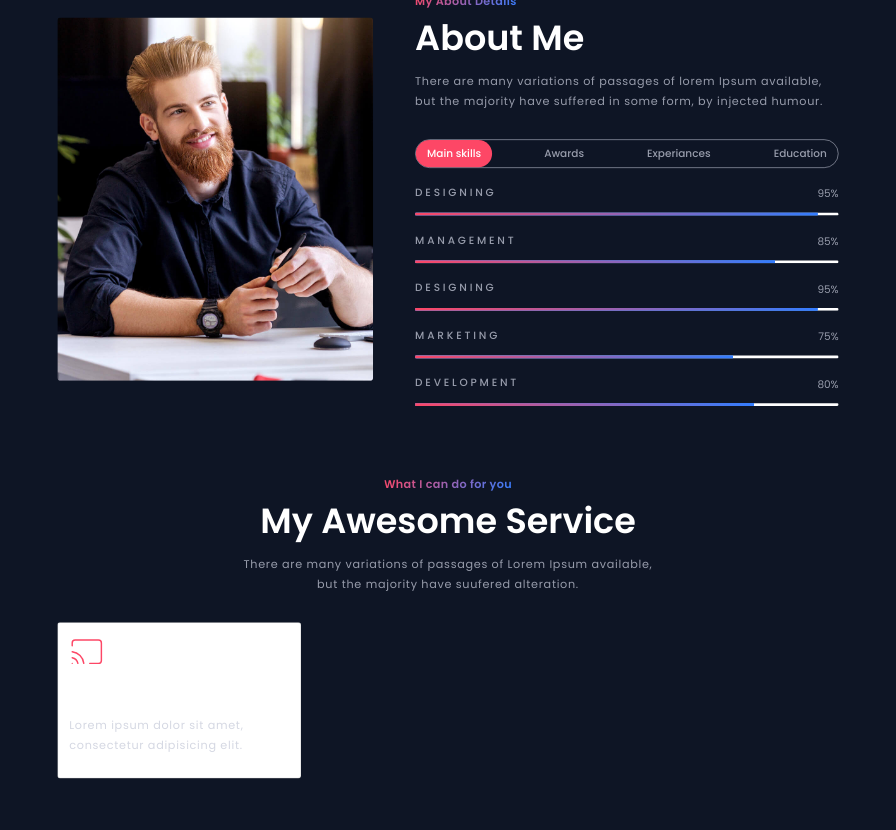
Repository: wadelfadill/Bootstrap_tache_3_responsive_portfolio
Page: index.html
These files come from the project's save history. The page is drawn as it stood at one moment and after the next save; the edit follows.
The browser window is 1280 px wide. The pictures show the part of the page from y = 710 to 2630 px (the page is 1896 px tall before and 2630 px after), at 70% of full size.
Backgrounds fixed to the window are drawn as part of the page. Some web libraries are served in a nearby version.

Above is the page before, as saved 2023-04-11 11:25:17.

### index.html
<!DOCTYPE html>
<html lang="en">
<head>
    <meta charset="UTF-8">
    <meta http-equiv="X-UA-Compatible" content="IE=edge">
    <meta name="viewport" content="width=device-width, initial-scale=1.0">
    <title>Bootstrap_Responsive_Portfolio</title>
    <!------ FAVICON ------->
    <link rel="icon" type="image/png" href="images/favicon.png">

    <!------------ Bootstrap link --------------->
    <link href="https://cdn.jsdelivr.net/npm/bootstrap@5.1.3/dist/css/bootstrap.min.css" rel="stylesheet" integrity="sha384-1BmE4kWBq78iYhFldvKuhfTAU6auU8tT94WrHftjDbrCEXSU1oBoqyl2QvZ6jIW3" crossorigin="anonymous">

    <!-------------- Font-awsome script  ------------->
    <script src="https://kit.fontawesome.com/8f130c8a35.js" crossorigin="anonymous"></script>

    <!------------ CSS files link  ------------->
    <link rel="stylesheet" href="css/style.css">
    <link rel="stylesheet" href="css/responsive-style.css">

    <!------------- Google-Font link ---------------->
    <link rel="stylesheet" href="https://fonts.googleapis.com/css2?family=Poppins%3Awght%40100%3B200%3B300%3B400%3B500%3B600%3B700%3B800%3B900&display=swap">
</head>
<body data-bs-spy="scroll" data-bs-target=".navbar" data-bs-offset="75">
    <!------------------------------------------------------>
        <!------------- Navbar Section ----------->
        <header class="header_wrapper">
            <nav class="navbar navbar-expand-lg fixed-top">
                <div class="container">
                  <a class="navbar-brand" href="#">
                    <img src="images/logo.png" alt="logo" class="img-fluid">
                  </a>
                  <button class="navbar-toggler" type="button" data-bs-toggle="collapse" data-bs-target="#navbarNav" aria-controls="navbarNav" aria-expanded="false" aria-label="Toggle navigation">
                    <i class="fa-solid fa-bars-staggered navbar-toggler-icon"></i>
                  </button>
                  <div class="collapse navbar-collapse justify-content-end" id="navbarNav">
                    <ul class="navbar-nav menu-navbar-nav">
                      <li class="nav-item">
                        <a class="nav-link active" aria-current="page" href="#home">Home</a>
                      </li>
                      <li class="nav-item">
                        <a class="nav-link" href="#about">About</a>
                      </li>
                      <li class="nav-item">
                        <a class="nav-link" href="#services">Services</a>
                      </li>
                      <li class="nav-item">
                        <a class="nav-link" href="#portfolio">Portfolio</a>
                      </li>
                      <li class="nav-item">
                        <a class="nav-link" href="#contact">Contact</a>
                      </li>
                      <li class="nav-item mt-3 mt-lg-0">
                        <a class="main-btn" href="#contact">Hire me</a>
                      </li>
                    </ul>
                  </div>
                </div>
              </nav>
        </header>
        <!----------- Navbar section end -------->
    <!------------------------------------------------------>
        <!----------- Banner section ------------->
        <section id="home" class="banner_wrapper">
            <div class="container">
                <div class="row">
                    <div class="col-sm-12 text-center text-md-start">
                        <h6>WELCOME TO MY WORLD</h6>
                        <h1>I'me Joe Biden <br> JS Developer. <span><br>based in USA</span></h1>
                        <div class="mt-4">
                            <a href="" class="main-btn">Download CV</a>
                        </div>
                    </div>
                </div>
            </div>
        </section>
        <!----------- Banner section end --------->
    <!------------------------------------------------------>
        <!----------- About section -------------->
        <section id="about" class="about_wrapper">
            <div class="container">
              <div class="row justify-content-between align-items-center">
                  <div class="col-lg-5 mb-lg-0">
                    <img src="images/about.jpg" alt="about-img" class="img-fluid rounded-3">
                  </div>
                  <div class="col-lg-7 ps-lg-5 text-center text-lg-start">
                    <div class="my-3 my-lg-0">
                      <span class="subtitle">My About Details</span>
                      <h2>About Me</h2>
                      <p>There are many variations of passages of lorem Ipsum available, but the majority have
                        suffered in some form, by injected humour.</p>
                    </div>
                    <div class="pt-4">
                      <ul class="nav nav-pills mb-3 justify-content-center justify-content-lg-between" id="pills-tab" role="tablist">
                        <li class="nav-item" role="presentation">
                          <button class="nav-link active" id="pills-skill-tab" data-bs-toggle="pill" data-bs-target="#pills-skill" type="button" role="tab" aria-controls="pills-skill" aria-selected="true">Main skills</button>
                        </li>
                        <li class="nav-item" role="presentation">
                          <button class="nav-link" id="pills-award-tab" data-bs-toggle="pill" data-bs-target="#pills-award" type="button" role="tab" aria-controls="pills-award" aria-selected="false">Awards</button>
                        </li>
                        <li class="nav-item" role="presentation">
                          <button class="nav-link" id="pills-experiance-tab" data-bs-toggle="pill" data-bs-target="#pills-experiance" type="button" role="tab" aria-controls="pills-experiance" aria-selected="false">Experiances</button>
                        </li>
                        <li class="nav-item" role="presentation">
                          <button class="nav-link" id="pills-education-tab" data-bs-toggle="pill" data-bs-target="#pills-education" type="button" role="tab" aria-controls="pills-education" aria-selected="false">Education</button>
                        </li>
                      </ul>
                      <div class="tab-content" id="pills-tabContent">
                        <div class="tab-pane fade show active" id="pills-skill" role="tabpanel" aria-labelledby="pills-skill-tab" tabindex="0">
                            <div class="single-progress">
                                <h6>Designing</h6>
                                <div class="progress">
                                  <div class="progress-bar" role="progressbar" aria-label="Basic example" style="width: 95%" aria-valuenow="25" aria-valuemin="0" aria-valuemax="100"></div>
                                </div>
                                <span class="label">95%</span>
                            </div>
                            <div class="single-progress">
                              <h6>Management</h6>
                              <div class="progress">
                                <div class="progress-bar" role="progressbar" aria-label="Basic example" style="width: 85%" aria-valuenow="25" aria-valuemin="0" aria-valuemax="100"></div>
                              </div>
                              <span class="label">85%</span>
                            </div>
                            <div class="single-progress">
                              <h6>Designing</h6>
                              <div class="progress">
                                <div class="progress-bar" role="progressbar" aria-label="Basic example" style="width: 95%" aria-valuenow="25" aria-valuemin="0" aria-valuemax="100"></div>
                              </div>
                              <span class="label">95%</span>
                            </div>
                            <div class="single-progress">
                              <h6>Marketing</h6>
                              <div class="progress">
                                <div class="progress-bar" role="progressbar" aria-label="Basic example" style="width: 75%" aria-valuenow="25" aria-valuemin="0" aria-valuemax="100"></div>
                              </div>
                              <span class="label">75%</span>
                            </div>
                            <div class="single-progress">
                              <h6>Development</h6>
                              <div class="progress">
                                <div class="progress-bar" role="progressbar" aria-label="Basic example" style="width: 80%" aria-valuenow="25" aria-valuemin="0" aria-valuemax="100"></div>
                              </div>
                              <span class="label">80%</span>
                            </div>
                        </div>
                        <div class="tab-pane fade" id="pills-award" role="tabpanel" aria-labelledby="pills-award-tab" tabindex="0">
                          <ul class="text-start ps-0">
                            <li>
                              <a href="#">
                              Awards.com<span>- Winner</span></a> 2019 -2020</li>
                            <li>
                              <a href="#">
                              CSS Design Awards<span>- Winner</span></a> 2017 - 2018</li>
                            <li>
                              <a href="#">
                              Design nominees<span>- Site of the day</span></a></li>
                            <li>
                              <a href="#">
                              Awards.com<span>- Winner</span></a> 2019 - 2020</li>
                          </ul>
                        </div>
                        <div class="tab-pane fade" id="pills-experiance" role="tabpanel" aria-labelledby="pills-experiance-tab" tabindex="0">
                          <ul class="text-start ps-0">
                              <li><a href="#">Sr. Front-end Engineer <span>- Google</span></a>2018 - Current</li>
                              <li><a href="#">Front-end Engineer<span>- Microsoft</span></a> 2017 - 2018</li>
                              <li><a href="#">Software Engineer<span>- Alibaba</span></a> 2013 - 2014</li>
                              <li><a href="#">Software Engineer<span>- Alibaba</span></a> 2013 - 2014</li>
                          </ul>
                        </div>
                        <div class="tab-pane fade" id="pills-education" role="tabpanel" aria-labelledby="pills-education-tab" tabindex="0">
                          <ul class="text-start ps-0">
                            <li><a href="#">Bsc In CSE <span>- ABC University, Los Angeles, CA</span></a>2010</li>
                            <li><a href="#">Dilploma in Computer Science<span>- Gama Technical</span></a> 2009</li>
                            <li><a href="#">Graphic Designer<span>- ABC Institute, Los Angeles, CA</span></a> 2007</li>
                            <li><a href="#">Graphic Designer<span>- ABC Institute, Los Angeles, CA</span></a> 2007</li>
                        </ul>
                        </div>
                      </div>
                    </div>
                  </div>
              </div>
            </div>
        </section>
        <!----------- About section end ---------->
    <!------------------------------------------------------->
        <!----------- Services section ----------->
        <section id="services" class="services_wrapper">
            <div class="container">
              <div class="row">
                <div class="col-sm-12 text-center mb-4">
                  <span class="subtitle">
                    What I can do for you
                  </span>
                  <h2>My Awesome Service</h2>
                  <p>There are many variations of passages of Lorem Ipsum available,
                    <br class="d-none d-md-block"> but the majority have suufered alteration.</p>
                </div>
                <div class="row">
                  <div class="col-lg-4 col-md-6 mb-4">
                    <div class="card">
                      <div class="card-body text-md-start text-center">
                        <img src="images/service/service-1.svg" alt="service-img-1" class="img-fluid mb-4">
                        <h3>Business Strategy</h3>
                        <p>Lorem ipsum dolor sit amet, consectetur adipisicing elit.</p>
                      </div>
                    </div>
                  </div>
                </div>
              </div>
            </div>
        </section>
        <!----------- Services section end ------->
    <!------------------------------------------------------->
        <!----------- Portfolio section ---------->

        <!----------- Portfolio section end ----->
    <!------------------------------------------------------->
        <!----------- Contact section ----------->

        <!----------- Contact section end ------->
    <!------------------------------------------------------->
        <!------------ Footer section ----------->

        <!------------ Footer section end ------->
    <!------------------------------------------------------->
        <!-- JS file link -->
        <script src="js/main.js"></script>
        <!---------------- bootstrap script -------------->
        <script src="https://cdn.jsdelivr.net/npm/bootstrap@5.1.3/dist/js/bootstrap.bundle.min.js" integrity="sha384-ka7Sk0Gln4gmtz2MlQnikT1wXgYsOg+OMhuP+IlRH9sENBO0LRn5q+8nbTov4+1p" crossorigin="anonymous"></script>
</body>
</html>

### css/style.css
/* TABLE OF CONTENTS */
/* --------------------
1. General
2.Navbar
3.Banner
4.About
5.Services
6.Portfolio
7.contact
8.Footer
---------------------- */

/* 1. General */
@import url('https://fonts.googleapis.com/css2?family=Poppins%3Awght%40100%3B200%3B300%3B400%3B500%3B600%3B700%3B800%3B900&display=swap');

*{
    box-sizing: border-box;
    margin: 0;
    padding: 0;
}
:root{
    /* Background Color */
    --primary-color:#FD4766;
    --secondary-color:#0e1525;
    --bg-dark-blue:#091020;
    --bg-white:#fff;
    --gray-color:#c6c9d8bf;
    --gradient-color: linear-gradient(-224deg, var(--primary-color) 0, #337Dff 100%);
    --gradient-text: linear-gradient(120deg, #1C99FE 20.69%, #7644FF 50.19%, var(--primary-color) 79.69%);
    filter: progid:DXImageTransform.Microsoft.gradient(startColorstr='var(--primary-color)', endColorstr='var(--secondary-color)', GradientType=1);

    /* Text Color */
    --primary-font: 'Poppins', 'sans-serif';
    --primary-text: #FD4766;
    --text-gray: #c6c9d8bf;
    --text-white:#fff;

}

body{
    font-family: var(--primary-font);
    background-color: var(--secondary-color);
}
a{
    text-decoration: none;
}

/* 2. custom css */
::-webkit-scrollbar{
    width: 6px;
}
::-webkit-scrollbar-track{
    background: var(--bg-dark-blue);
}
::-webkit-scrollbar-thumb{
    background: var(--primary-color);
}
input[type=number]::-webkit-inner-spin-button,
input[type=number]::-webkit-outer-spin-button{
    -webkit-appearance: none;
    margin: 0;
}

section{
    padding: 50px 0;
}
.main-btn{
    display: inline-block;
    border-radius: 50px;
    transition: all .4s ease-in-out;
    padding: 10px 27px;
    background-color: transparent;
    border: 2px solid var(--gray-color);
    color: var(--text-gray);
    font-weight: 500;
    font-size: 14px;
    text-transform: uppercase;
    letter-spacing: 2px;
    text-decoration: none;
}
.main-btn:hover{
    background-color: var(--primary-color);
    border-color: var(--primary-color);
    color: var(--text-white);

}
h1{
    font-size: 54px;
    line-height: 68px;
    font-weight: 800;
    color: var(--text-white);
    margin-bottom: 20px;
}
h1 span{
    color: var(--primary-color);
}
h2{
    font-size: 50px;
    line-height: 1.3;
    font-weight: 600;
    color: var(--text-white);
    margin-bottom: 15px;
}
h3{
    font-size: 20px;
    font-weight: 800;
    color: var(--text-white);
    margin-bottom: 19px;
}
h6{
    font-size: 15px;
    text-transform: uppercase;
    letter-spacing: 4px;
    display: block;
    color: var(--text-gray);
    margin-bottom: 20px;
}

p{
    color: var(--text-gray);
    font-size: 16px;
    line-height: 28px;
    letter-spacing: 1px;
    font-weight: 400;
}

.subtitle{
    display: inline-block;
    font-weight: 600;
    letter-spacing: 0.5px;
    line-height: 18px;
    font-size: 16px;
    margin-bottom: 12px;
    background: var(--gradient-color);
    -webkit-background-clip: text;
    -webkit-text-fill-color: transparent;
}
input:hover,
input:focus,
textarea:hover,
textarea:focus,
button{
    outline: none !important;
    box-shadow: none !important;
}

/* 2. Navbar */
.header_wrapper .navbar{
    padding: 15px 0;
    -webkit-transition: all .2s linear;
    -o-transition: all .2s linear;
    transition: all .2s linear;

}
.header_wrapper .navbar-brand img{
    max-width: 120px;
    height: auto;
}
.header_wrapper .navbar-toggler{
    border: 0;
    color: var(--gray-color);
    line-height: 2;
}
.header_wrapper .navbar-toggler:focus{
    box-shadow: none;
}
.header_wrapper .nav-item{
    margin: 0 10px;
}
.header_wrapper .nav-item .nav-link{
    position: relative;
    font-size: 16px;
    font-weight: 500;
    color: var(--text-gray);
    display: inline-block;
}
.header_wrapper .nav-item .nav-link::after{
    position: absolute;
    content: '';
    left: 0;
    width: 0;
    height: 2px;
    background: var(--primary-color);
    transition: 0.3s;
    bottom: 0;
}
.header_wrapper .nav-item .nav-link.active::after,
.header_wrapper .nav-item .nav-link:hover::after{
    width: 100%;

}
.header_wrapper .nav-item .nav-link.active,
.header_wrapper .nav-item .nav-link:hover{
     color: var(--text-white);
}
.header-scrolled{
    position: fixed;
    top: 0;
    left: 0;
    width: 100%;
    background-color: var(--bg-dark-blue);
    -webkit-box-shadow: 0 4px 6px 0 rgba(12, 0, 46, .05);
    box-shadow: 0 4px 6px 0 rgba(12, 0, 46, .05);
}
.header-scrolled .nav-item .nav-link.active,
.header-scrolled .nav-item .nav-link:hover{
     color: var(--primary-text);
}
/* 3. Banner */
.banner_wrapper{
    width: 100%;
    height: auto;
    min-height: 650px;
    background-image: url('../images/bg-image.jpg');
    background-repeat: no-repeat;
    background-position: center center;
    background-size: cover;
    background-attachment: fixed;
    padding: 200px 0 100px 0;
}
/* 4. About */
.about_wrapper ul.nav-pills{
    border: 1px solid var(--gray-color);
    border-radius: 50px;

}
.about_wrapper ul li .nav-link{
    border-radius: 50px;
    font-size: 15px;
    font-weight: 500;
    transition: all 0.45s cubic-bezier(0,0,0.2,1);
    display: inline-block;
    color: var(--text-gray);
    border: 0;
}
.about_wrapper ul li .nav-link.active{
    background-color: var(--primary-color);
}
.about_wrapper .single-progress{
    margin-top: 26px;
    position: relative;
    overflow: hidden;
}
.about_wrapper .single-progress .progress{
    height: 4px;
    box-shadow: none;
    border-radius: 4px;
    background-color: var(--bg-white);
    overflow: visible;
}
.about_wrapper .single-progress .progress-bar{
    background-image: var(--gradient-color);
}
.about_wrapper .single-progress h6{
    text-align: left;
}
.about_wrapper .single-progress .label{
    position: absolute;
    right: 0;
    top: 0;
    color: var(--text-gray);
    font-size: 15px;
}
.about_wrapper .tab-pane li{
    color: var(--gray-color);
    font-size: 16px;
    margin-bottom: 15px;
    font-weight: 300;
    list-style: none;
}
.about_wrapper .tab-pane li a{
    font-weight: 500;
    display: block;
    color: var(--text-gray);
}

### css/responsive-style.css
@media (max-width:991px){

    /* Custom css */
    section{
        padding: 30px 0;
    }
    h2{
        font-size: 30px;
        line-height: 40px;
    }
    h3{
        font-size: 20px;
    }
    /* 2. Navbar */
    .header-scrolled{
        height: auto;
    }
    .header_wrapper .menu-navbar-nav{
        text-align: center;
        background-color: var(--bg-dark-blue);
        padding-bottom: 15px;
    }
    .header_wrapper .nav-item .nav-link{
        margin-top: 15px;
    }
    /* banner wrapper */
    .banner_wrapper{
        padding: 200px 0;
    }
    /* About wrapper */
    .about_wrapper ul.nav-pills{
        width: 61%;
        margin: auto;
    }
}



@media (max-width:767px){
    /* Custom css */
    section{
        padding: 30px 0;
    }
    h1{
        font-size: 40px;
        line-height: 48px;
    }
    h2{
        font-size: 25px;

    }
    p{
        font-size: 13px;
        line-height: 24px;
    }
    /* About wrapper */
    .about_wrapper ul.nav-pills{
        width: 100%;
        margin: auto;
        border: 0;
    }
    /* About wrapper */
    .about_wrapper ul.nav-pills{
        width: 61%;
        /* margin: auto; */
    }
    .about_wrapper ul li .nav-link{
        font-size: 13px;
    }
}

### js/main.js
//Header Scroll
let nav = document.querySelector(".navbar");
window.onscroll = function () {
    if(document.documentElement.scrollTop > 20){
        nav.classList.add("header-scrolled");
    }else{
        nav.classList.remove("header-scrolled");
    }
}

// nav hide
let navBar = document.querySelectorAll(".nav-link");
let navCollapse = document.querySelector(".navbar-collapse.collapse");
navBar.forEach(function(a){
    a.addEventListener("click", function(){
        navCollapse.classList.remove("show")
    })
})

After the next save:
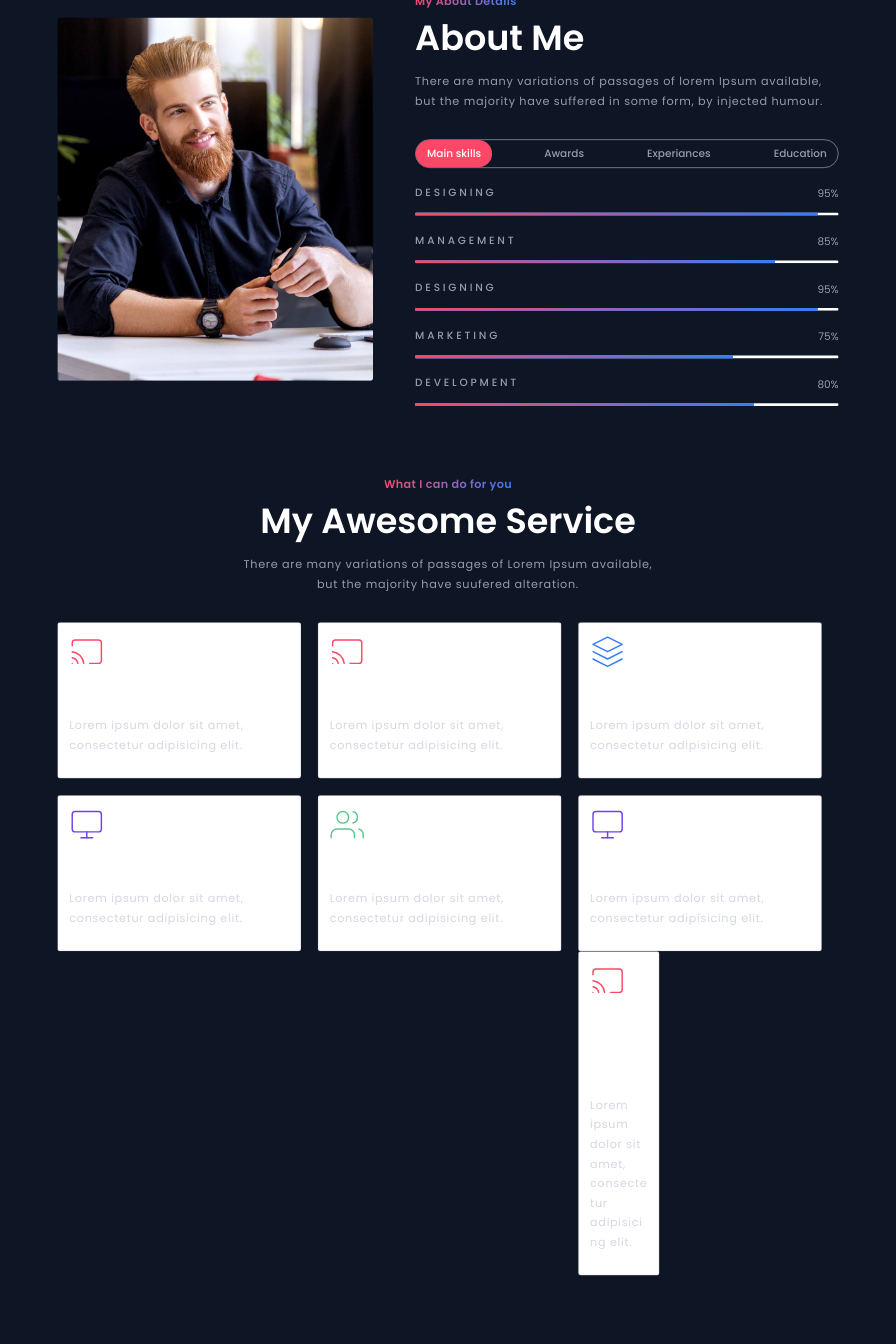
Saved 5 min 46 s later.
--- a/index.html
+++ b/index.html
@@ -205,6 +205,60 @@
                       </div>
                     </div>
                   </div>
+                  <div class="col-lg-4 col-md-6 mb-4">
+                    <div class="card">
+                      <div class="card-body text-md-start text-center">
+                        <img src="images/service/service-1.svg" alt="service-img-1" class="img-fluid mb-4">
+                        <h3>Business Strategy</h3>
+                        <p>Lorem ipsum dolor sit amet, consectetur adipisicing elit.</p>
+                      </div>
+                    </div>
+                  </div>
+                  <div class="col-lg-4 col-md-6 mb-4">
+                    <div class="card">
+                      <div class="card-body text-md-start text-center">
+                        <img src="images/service/service-2.svg" alt="service-img-1" class="img-fluid mb-4">
+                        <h3>Marketing & Reporting</h3>
+                        <p>Lorem ipsum dolor sit amet, consectetur adipisicing elit.</p>
+                      </div>
+                    </div>
+                  </div>
+                  <div class="col-lg-4 col-md-6 mb-4">
+                    <div class="card">
+                      <div class="card-body text-md-start text-center">
+                        <img src="images/service/service-3.svg" alt="service-img-1" class="img-fluid mb-4">
+                        <h3>Mobile App Development</h3>
+                        <p>Lorem ipsum dolor sit amet, consectetur adipisicing elit.</p>
+                      </div>
+                    </div>
+                  </div>
+                  <div class="col-lg-4 col-md-6 mb-4">
+                    <div class="card">
+                      <div class="card-body text-md-start text-center">
+                        <img src="images/service/service-4.svg" alt="service-img-1" class="img-fluid mb-4">
+                        <h3>Marketing & Reporting</h3>
+                        <p>Lorem ipsum dolor sit amet, consectetur adipisicing elit.</p>
+                      </div>
+                    </div>
+                  </div>
+                  <div class="col-lg-4 col-md-6 mb-4">
+                    <div class="card">
+                      <div class="card-body text-md-start text-center">
+                        <img src="images/service/service-3.svg" alt="service-img-1" class="img-fluid mb-4">
+                        <h3>Mobile App Development</h3>
+                        <p>Lorem ipsum dolor sit amet, consectetur adipisicing elit.</p>
+                      </div>
+                    </div>
+                    <div class="col-lg-4 col-md-6 mb-4">
+                      <div class="card">
+                        <div class="card-body text-md-start text-center">
+                          <img src="images/service/service-1.svg" alt="service-img-1" class="img-fluid mb-4">
+                          <h3>Business Strategy</h3>
+                          <p>Lorem ipsum dolor sit amet, consectetur adipisicing elit.</p>
+                        </div>
+                      </div>
+                    </div>
+                  </div>
                 </div>
               </div>
             </div>
